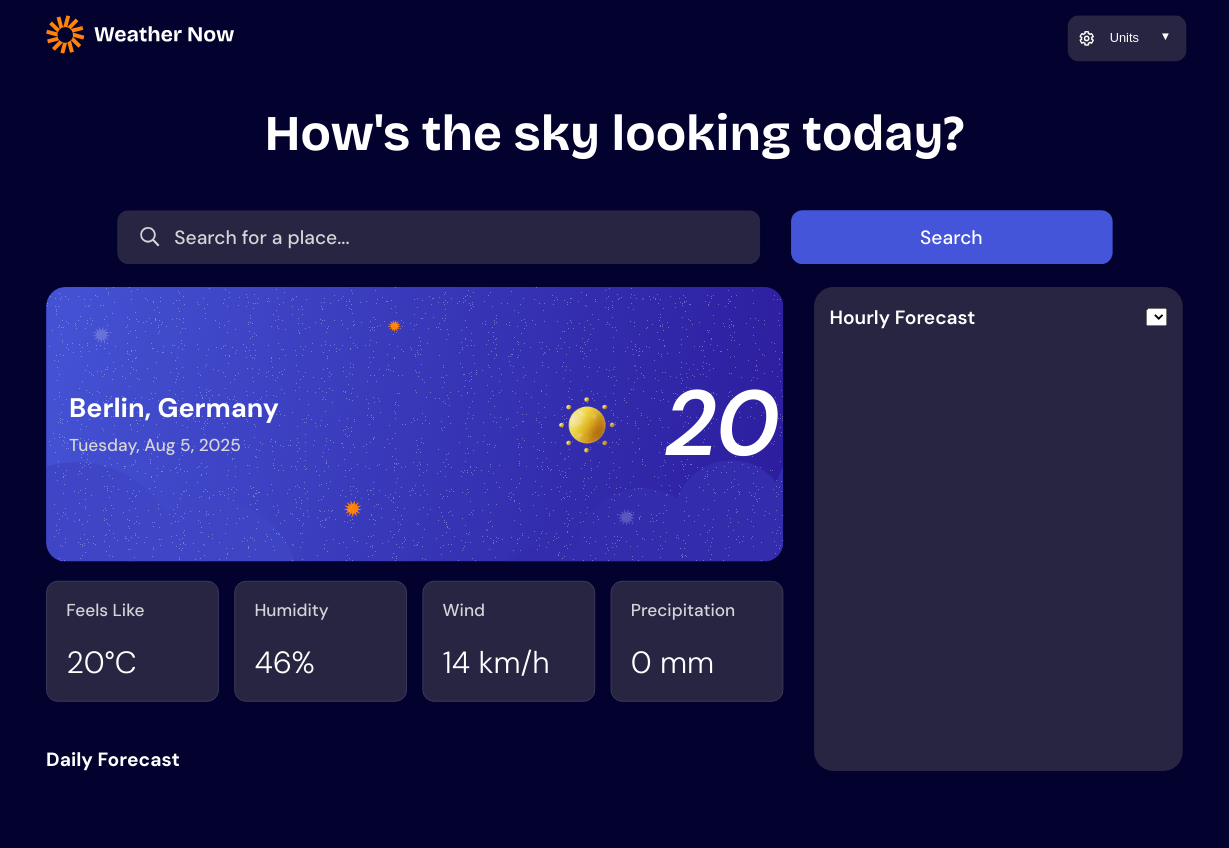
Repository: MKwaak/weather-app-main
Page: index.html
The author's editor kept a copy of each file at every save. The page is drawn from the files as they stood at one save, then again after the next save.
The browser window is 1280 px wide. The pictures show the whole page, at 96% of full size.
The page's requests for data from a server got no answer.

Above is the page before, as saved 2026-01-28 00:15:46.

After the next save:
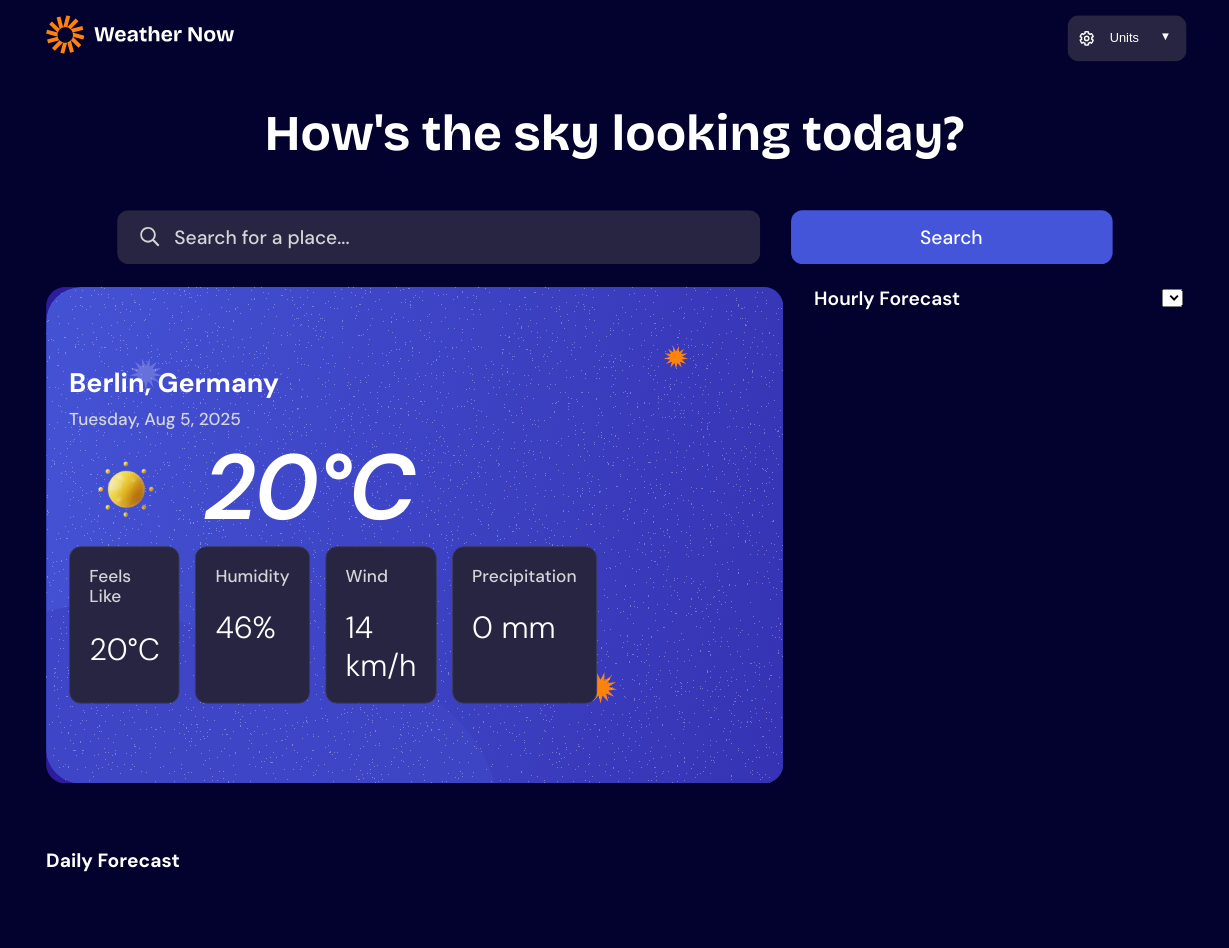
Saved 5 min 52 s later.
--- a/style.css
+++ b/style.css
@@ -406,6 +406,7 @@
   .current {
     grid-area: current;
     min-width: 0; /* allow shrinking in grid */
+    width: 100%; /* Dwingt de container op de grid-breedte *
 
     .current__weather {
       /* --- Standaard styles (Mobile First) --- */
@@ -414,6 +415,7 @@
       gap: 16px;
       margin-block-end: 20px;
       padding: 40px 24px;
+      width: 100%; /* Cruciaal */
       background-image: url(/assets/images/bg-today-small.svg);
       background-repeat: no-repeat;
       background-color: var(--c-blue-700);
@@ -425,8 +427,9 @@
       /* --- Desktop aanpassingen (In de selector geschoven) --- */
       @media (width >= calc(700 / 16 * 1rem)) {
         display: grid; /* Veranderd van flex naar grid voor stabiliteit */
-        /* VERANDERD: 'auto' is nu '240px'.(speel hiermee) Zo staat de rechterkant ALTIJD vast. */
-        grid-template-columns: 1fr 240px;
+        /* We maken de kolommen EXTREEM voorspelbaar */
+        grid-template-columns: minmax(0, 1fr) 240px;
+        column-gap: 20px;
         align-items: center;
         background-image: url(/assets/images/bg-today-large.svg);
         padding-block: 83px;
@@ -435,6 +438,7 @@
       }
 
       .current__location {
+        min-width: 0; /* Voorkomt dat lange namen de bak oprekken */
         text-align: center;
         @media (width >= calc(700 / 16 * 1rem)) {
           text-align: left; /* Op desktop wil je de stad links hebben staan */
@@ -460,14 +464,16 @@
     .current__info {
       display: flex;
       align-items: center;
+      justify-content: center; /* Mobiel center */
       gap: 20px;
+      width: 100%;
       /* Dwing deze container om niet te groeien/krimpen op basis van de temp */
       flex-shrink: 0;
       min-width: 0;
 
       @media (width >= calc(700 / 16 * 1rem)) {
+        width: 240px; /* Match dit met de kolombreedte in je grid */
         justify-content: flex-end; /* Alleen op desktop rechts uitlijnen */
-        width: 240px; /* Match dit met de kolombreedte in je grid */
       }
     }
 
